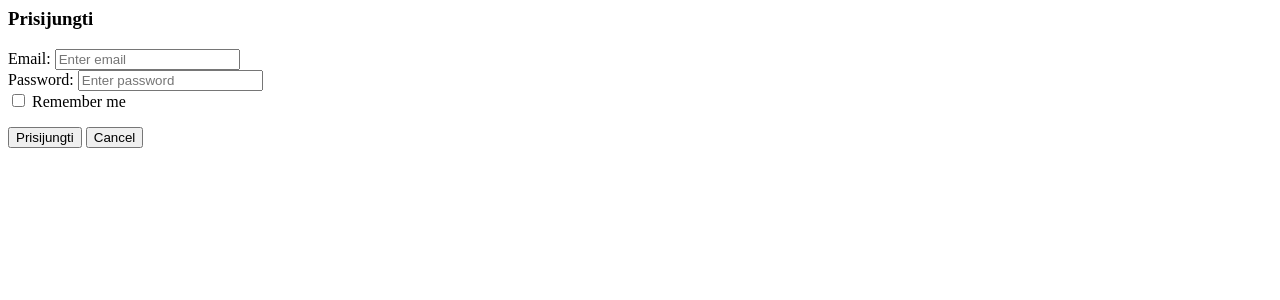
Repository: Skaidrius/Blogas
Page: partials/login.html
The author's editor kept a record of every edit. The page is drawn from the files as they stood at one moment, then again after the next edit.
The browser window is 1280 px wide. The pictures show the whole page.

Above is the page before.

After the next edit:
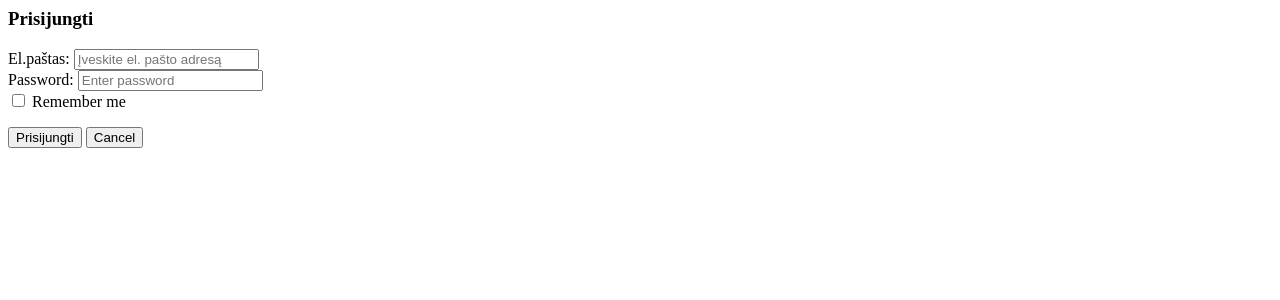
The edit:
--- a/partials/login.html
+++ b/partials/login.html
@@ -3,8 +3,8 @@
     <h3 class="modal-title">Prisijungti</h3>
     <form class="modal-body" role="form">
         <div class="form-group">
-            <label for="email">Email:</label>
-            <input type="email" class="form-control" id="email" placeholder="Enter email">
+            <label for="email">El.paštas:</label>
+            <input type="email" class="form-control" id="email" placeholder="Įveskite el. pašto adresą">
         </div>
         <div class="form-group">
             <label for="pwd">Password:</label>
